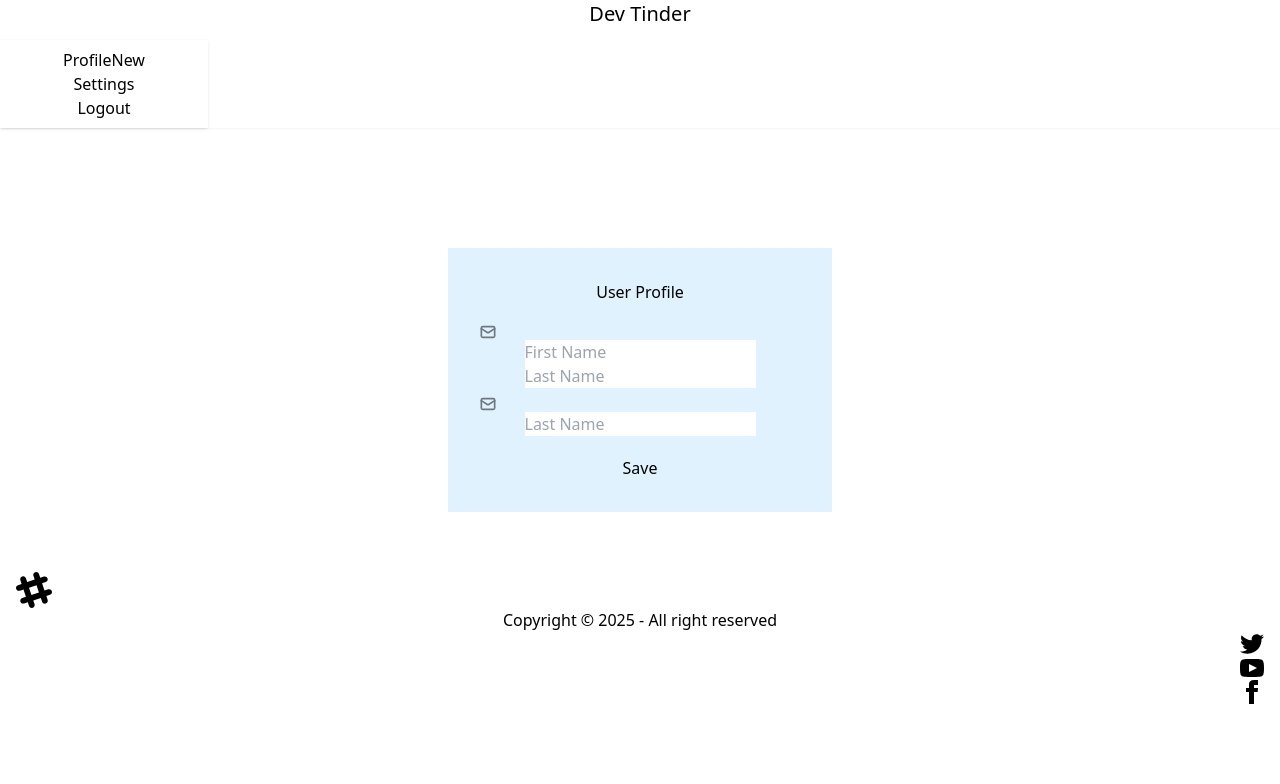
Repository: ROHIT8804/devTinderFrontEnd
Page: /profile (app in devTinder-Web/)
An editor plug-in stored every save of this project. The page is shown before and after the next save, followed by the edit.
The browser window is 1280 px wide. The pictures show the whole page.
The page's requests for data from a server got no answer. The project was rebuilt for these pictures with package versions that can differ from the ones it lists, and the page was loaded fresh each time. No one was signed in, and anything a server would have sent is missing. Also part of the build but not shown: devTinder-Web/vite.config.js, devTinder-Web/src/components/Login.jsx, devTinder-Web/src/components/UserCard.jsx, devTinder-Web/src/components/Feed.jsx.

Above is the page before, as saved 2025-08-09 11:35:03.

### devTinder-Web/src/App.jsx
import { useState } from "react";
import "./App.css";
import { Routes } from "react-router-dom";
import { BrowserRouter, Route } from "react-router-dom";
import Body from "./components/Body";
import Login from "./components/Login";
import Profile from "./components/Profile";
import { Provider } from "react-redux";
import appStore from "./utils/appStore";
import Feed from "./components/Feed";

function App() {
  const [count, setCount] = useState(0);

  return (
    <>
    <Provider store={appStore}>
      <BrowserRouter>
        <Routes>
          <Route path="/" element={<Body />} >
            <Route path="/feed" element={<Feed />} />
            <Route path="/login" element={<Login />} />
            <Route path="/profile" element={<Profile />} />
          </Route>
        </Routes>
      </BrowserRouter>
      </Provider>
    </>
  );
}

export default App;

### devTinder-Web/src/components/Body.jsx
import { Outlet } from "react-router-dom";
import Nav from "./Nav";
import Footer from "./Footer";
import axios from "axios";
import { BASE_URL } from "../utils/constants";
import { useDispatch } from "react-redux";
import { useEffect } from "react";
import { setUser } from "../utils/userSlice";
import { useNavigate } from "react-router-dom";
import { useSelector } from "react-redux";

function Body() {
  const dispatch = useDispatch();
  const navigate = useNavigate();
  const userData = useSelector((state) => console.log("State in Body:", state) || state.user);

  const fetchUser = async () => {
    if(userData.name) return;
    try{
        const user = await axios.get(BASE_URL + '/profile',{
        withCredentials: true
      })
      dispatch(setUser({ name:user.data.user.firstName, email: user.data.user.emailId }));
    }
    catch (error) {
      if(error.response && error.response.status === 401) {
        localStorage.removeItem('user');
        navigate('/login');
      }
      console.error("Error fetching user:", error);
    }

  }

  useEffect(() => {
    fetchUser();
  }, []);

  return (
    <div className="relative min-h-screen ">
      {/* Fixed Navbar */}
      <div className="fixed top-0 left-0 w-full z-50">
        <Nav />
      </div>
      {/* Main Content */}
      <div className="flex flex-col items-center justify-center pt-[3.5rem] pb-[5rem] min-h-screen">
        <Outlet />
      </div>
      {/* Fixed Footer */}
      <div className="fixed bottom-0 left-0 w-full z-50">
        <Footer />
      </div>
    </div>
  );
}

export default Body;

### devTinder-Web/src/components/Profile.jsx
import React, { useState, useEffect } from 'react';
import axios from 'axios';
import { useDispatch, useSelector } from 'react-redux';
import { setUser } from '../utils/userSlice';
import { useNavigate } from 'react-router-dom';
import { BASE_URL } from '../utils/constants';

function Profile() {

  const user = useSelector((state) => state.user);
  const [firstName, setFirstName] = useState(user.firstName || "");
  const [lastName, setLastName] = useState(user.lastName || "");
  const [gender, setGender] = useState("");
  const [photoUrl, setPhotoUrl] = useState("");
  const [error, setError] = useState("");
  const dispatch = useDispatch();
  const navigate = useNavigate();

  const handleProfileEdit = async (e) => {
    try {
      const response = await axios.patch(BASE_URL + '/profile/update', {
        firstName: firstName,
        lastName:lastName,
        gender:gender,
        photoUrl:photoUrl
      },
      {withCredentials: true}
    );
    // const { firstName, emailId } = response.data.user;
    // localStorage.setItem('user', JSON.stringify({ name:firstName, email: emailId }));
    // dispatch(setUser({ name:firstName, email: emailId }));

    } catch (error) {
      setError(error?.response?.data || "Login failed. Please try again.");
      console.error("Error handling email change:", error?.response?.data);
    }
  }

  useEffect(() => {
    const user = localStorage.getItem('user');
    // if(user){
    //   navigate('/feed');
    // }
  },[navigate]);

  return (
    <div className="card card-border bg-base-100 w-96" style={{ backgroundColor: "#e0f2fe" }}>
        <h2 className="card-title justify-center">User Profile</h2>
      <div className="card-body">
        <div className="mt-5">
          <label className="input validator">
            <svg
              className="h-[1em] opacity-50"
              xmlns="http://www.w3.org/2000/svg"
              viewBox="0 0 24 24"
            >
              <g
                strokeLinejoin="round"
                strokeLinecap="round"
                strokeWidth="2.5"
                fill="none"
                stroke="currentColor"
              >
                <rect width="20" height="16" x="2" y="4" rx="2"></rect>
                <path d="m22 7-8.97 5.7a1.94 1.94 0 0 1-2.06 0L2 7"></path>
              </g>
            </svg>
            <input type="email" value={firstName} onChange={(e)=>setFirstName(e.target.value)} placeholder="First Name" required />
          </label>
          <input type="email" value={lastName} onChange={(e)=>setLastName(e.target.value)} placeholder="Last Name" required />
        </div>
        <div className="mt-2">
          <label className="input validator">
            <svg
              className="h-[1em] opacity-50"
              xmlns="http://www.w3.org/2000/svg"
              viewBox="0 0 24 24"
            >
              <g
                strokeLinejoin="round"
                strokeLinecap="round"
                strokeWidth="2.5"
                fill="none"
                stroke="currentColor"
              >
                <rect width="20" height="16" x="2" y="4" rx="2"></rect>
                <path d="m22 7-8.97 5.7a1.94 1.94 0 0 1-2.06 0L2 7"></path>
              </g>
            </svg>
            <input type="email" value={lastName} onChange={(e)=>setLastName(e.target.value)} placeholder="Last Name" required />
          </label>
        </div>

        <p className="text-red-500 text-left w-full">{error}</p>
        <div className="card-actions justify-center mt-5">
          <button className="btn btn-primary" onClick={handleProfileEdit}>Save</button>
        </div>
      </div>
    </div>
  );

}

export default Profile;

### devTinder-Web/src/utils/appStore.js
import { configureStore } from '@reduxjs/toolkit';
import userReducer from './userSlice';
import feedReducer from './feedSlice';

const appStore = configureStore({
  reducer: {
    user: userReducer,
    feed: feedReducer,
  },
});

export default appStore;

### devTinder-Web/src/components/Nav.jsx
import { useSelector, useDispatch } from "react-redux";
import { useNavigate, Link } from "react-router-dom";
import axios from "axios";
import { BASE_URL } from "../utils/constants";
import { clearUser } from "../utils/userSlice";

function Nav() {
  const navigate = useNavigate();
  const user = useSelector((state) => state.user);
  const dispatch = useDispatch();

  const handleLogout = async () => {
    try{
      await axios.post(BASE_URL + '/logout', {}, { withCredentials: true });
      localStorage.removeItem('user');
      dispatch(clearUser());
      navigate('/login');
    }
    catch (error) {
      console.error("Error during logout:", error);
    }
  }

  return (
    <>
      {/* Navigation Bar */}
      <div className="navbar bg-base-100 shadow-sm">
        <div className="flex-1">
          <Link to="/" className="btn btn-ghost text-xl justify-start">Dev Tinder</Link>
        </div>
        <div className="flex gap-2">
          {/* <input
            type="text"
            placeholder="Search"
            className="input input-bordered w-24 md:w-auto"
          /> */}
          <div className="dropdown dropdown-end">
            <div
              tabIndex={0}
              role="button"
              className="btn btn-ghost btn-circle avatar"
            >
              <div className="w-10 rounded-full">
                {user && user.name ? (
                  <img
                  alt="Tailwind CSS Navbar component"
                  src="https://img.daisyui.com/images/stock/photo-1534528741775-53994a69daeb.webp"
                />
                ): null}

              </div>
            </div>
            <ul
              tabIndex={0}
              className="menu menu-sm dropdown-content bg-base-100 rounded-box z-1 mt-3 w-52 p-2 shadow"
            >
              <li>
                <Link
                  to="/profile"
                 className="justify-between">
                  Profile
                  <span className="badge">New</span>
                </Link>
              </li>
              <li>
                <a>Settings</a>
              </li>
              <li>
                <a onClick={handleLogout}>Logout</a>
              </li>
            </ul>
          </div>
        </div>
      </div>
    </>
  );
}

export default Nav;

### devTinder-Web/src/components/Footer.jsx
function Footer() {
  return (
    <div>
        {/* Footer */}
      <footer className="footer sm:footer-horizontal bg-neutral text-neutral-content items-center p-4">
        <aside className="grid-flow-col items-center">
          <svg
            width="36"
            height="36"
            viewBox="0 0 24 24"
            xmlns="http://www.w3.org/2000/svg"
            fillRule="evenodd"
            clipRule="evenodd"
            className="fill-current">
            <path
              d="M22.672 15.226l-2.432.811.841 2.515c.33 1.019-.209 2.127-1.23 2.456-1.15.325-2.148-.321-2.463-1.226l-.84-2.518-5.013 1.677.84 2.517c.391 1.203-.434 2.542-1.831 2.542-.88 0-1.601-.564-1.86-1.314l-.842-2.516-2.431.809c-1.135.328-2.145-.317-2.463-1.229-.329-1.018.211-2.127 1.231-2.456l2.432-.809-1.621-4.823-2.432.808c-1.355.384-2.558-.59-2.558-1.839 0-.817.509-1.582 1.327-1.846l2.433-.809-.842-2.515c-.33-1.02.211-2.129 1.232-2.458 1.02-.329 2.13.209 2.461 1.229l.842 2.515 5.011-1.677-.839-2.517c-.403-1.238.484-2.553 1.843-2.553.819 0 1.585.509 1.85 1.326l.841 2.517 2.431-.81c1.02-.33 2.131.211 2.461 1.229.332 1.018-.21 2.126-1.23 2.456l-2.433.809 1.622 4.823 2.433-.809c1.242-.401 2.557.484 2.557 1.838 0 .819-.51 1.583-1.328 1.847m-8.992-6.428l-5.01 1.675 1.619 4.828 5.011-1.674-1.62-4.829z"></path>
          </svg>
          <p>Copyright © {new Date().getFullYear()} - All right reserved</p>
        </aside>
        <nav className="grid-flow-col gap-4 md:place-self-center md:justify-self-end">
          <a>
            <svg
              xmlns="http://www.w3.org/2000/svg"
              width="24"
              height="24"
              viewBox="0 0 24 24"
              className="fill-current">
              <path
                d="M24 4.557c-.883.392-1.832.656-2.828.775 1.017-.609 1.798-1.574 2.165-2.724-.951.564-2.005.974-3.127 1.195-.897-.957-2.178-1.555-3.594-1.555-3.179 0-5.515 2.966-4.797 6.045-4.091-.205-7.719-2.165-10.148-5.144-1.29 2.213-.669 5.108 1.523 6.574-.806-.026-1.566-.247-2.229-.616-.054 2.281 1.581 4.415 3.949 4.89-.693.188-1.452.232-2.224.084.626 1.956 2.444 3.379 4.6 3.419-2.07 1.623-4.678 2.348-7.29 2.04 2.179 1.397 4.768 2.212 7.548 2.212 9.142 0 14.307-7.721 13.995-14.646.962-.695 1.797-1.562 2.457-2.549z"></path>
            </svg>
          </a>
          <a>
            <svg
              xmlns="http://www.w3.org/2000/svg"
              width="24"
              height="24"
              viewBox="0 0 24 24"
              className="fill-current">
              <path
                d="M19.615 3.184c-3.604-.246-11.631-.245-15.23 0-3.897.266-4.356 2.62-4.385 8.816.029 6.185.484 8.549 4.385 8.816 3.6.245 11.626.246 15.23 0 3.897-.266 4.356-2.62 4.385-8.816-.029-6.185-.484-8.549-4.385-8.816zm-10.615 12.816v-8l8 3.993-8 4.007z"></path>
            </svg>
          </a>
          <a>
            <svg
              xmlns="http://www.w3.org/2000/svg"
              width="24"
              height="24"
              viewBox="0 0 24 24"
              className="fill-current">
              <path
                d="M9 8h-3v4h3v12h5v-12h3.642l.358-4h-4v-1.667c0-.955.192-1.333 1.115-1.333h2.885v-5h-3.808c-3.596 0-5.192 1.583-5.192 4.615v3.385z"></path>
            </svg>
          </a>
        </nav>
      </footer>
    </div>
  )
}

export default Footer;

### devTinder-Web/src/utils/userSlice.js
// utils/userSlice.js
import { createSlice } from '@reduxjs/toolkit';

const userSlice = createSlice({
  name: 'user',
  initialState: {
    name: null,
    email: null,
  },
  reducers: {
    setUser: (state, action) => {
      state.name = action.payload.name;
      state.email = action.payload.email;
    },
    clearUser: (state) => {
      state.name = null;
      state.email = null;
    },
  },
});

export const { setUser, clearUser } = userSlice.actions;
export default userSlice.reducer;

### devTinder-Web/src/utils/feedSlice.js
import { createSlice } from '@reduxjs/toolkit';

const feedSlice = createSlice({
    name: 'feed',
    initialState:{
        feedData: null,
    },
    reducers: {
        setFeed: (state, action) => {
            state.feedData = action.payload;
        },
        clearFeed: (state) => {
            state.feedData = null;
        },
    },
})

export const { setFeed, clearFeed } = feedSlice.actions;
export default feedSlice.reducer;

### devTinder-Web/tailwind.config.js
/** @type {import('tailwindcss').Config} */
export default {
  content: [
    "./index.html",
    "./src/**/*.{js,ts,jsx,tsx}",
  ],
  theme: {
    extend: {},
  },
  plugins: [require("daisyui")],
  daisyui: {
    themes: ["light", "dark", "cupcake"],
    darkTheme: "light", // Set this to "light" for light theme default
    base: true,
    styled: true,
    utils: true,
  },
}

Loaded but not shown: devTinder-Web/index.html (common file); devTinder-Web/src/main.jsx (common file); devTinder-Web/src/index.css (common file); devTinder-Web/src/App.css (common file); devTinder-Web/src/utils/constants.js (common file)

After the next save:
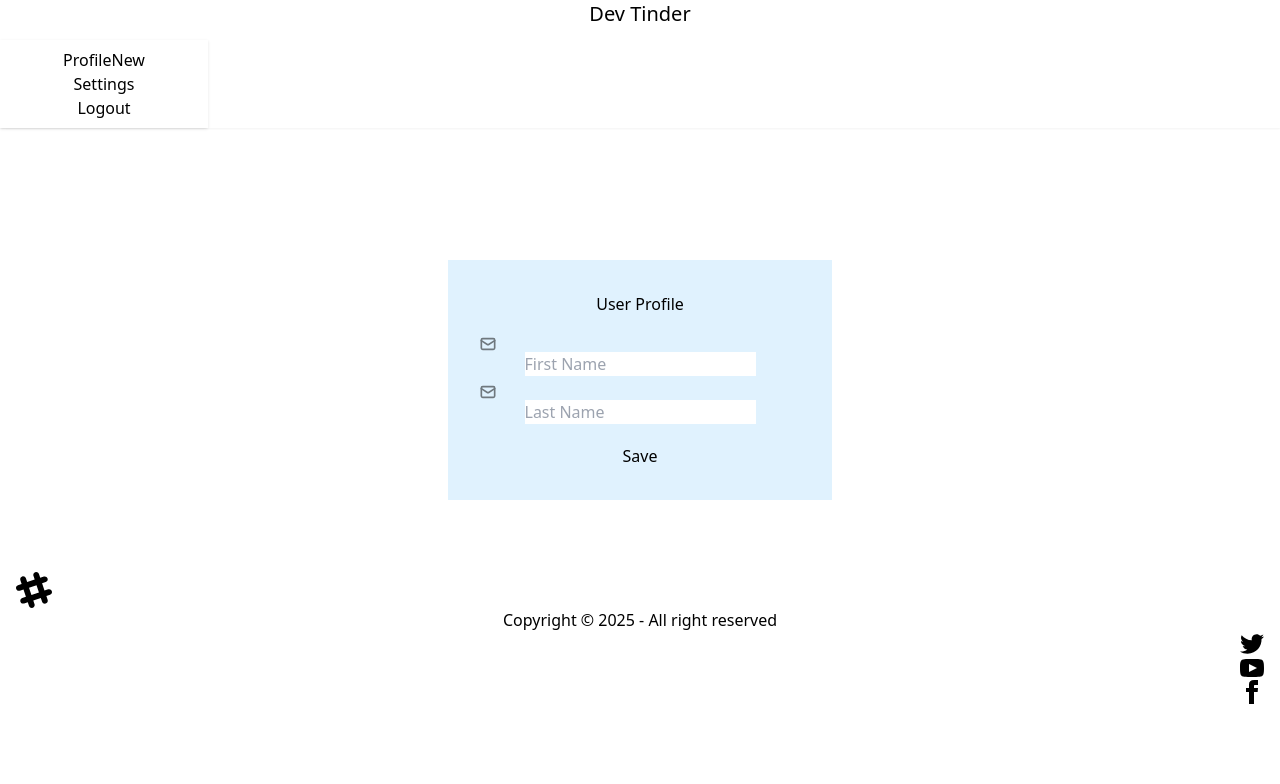
Saved 6 s later.
--- a/devTinder-Web/src/components/Profile.jsx
+++ b/devTinder-Web/src/components/Profile.jsx
@@ -67,7 +67,6 @@ function Profile() {
             </svg>
             <input type="email" value={firstName} onChange={(e)=>setFirstName(e.target.value)} placeholder="First Name" required />
           </label>
-          <input type="email" value={lastName} onChange={(e)=>setLastName(e.target.value)} placeholder="Last Name" required />
         </div>
         <div className="mt-2">
           <label className="input validator">
